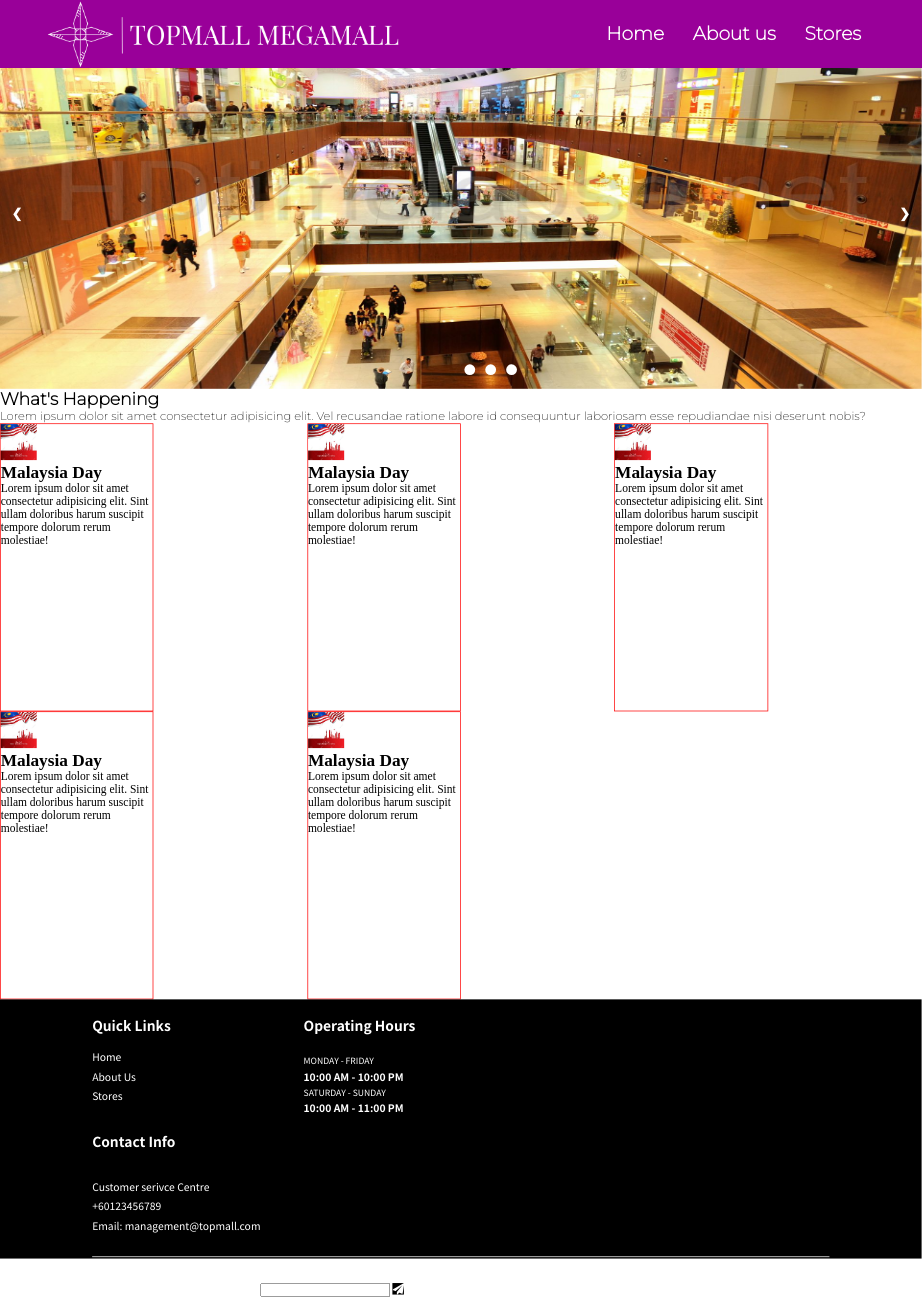
Repository: Jack0Bong/Web-Dev-Assignment
Page: index.html
The author's editor kept a copy of each file at every save. The page is drawn from the files as they stood at one save, then again after the next save.
The browser window is 1280 px wide. The pictures show the whole page, at 72% of full size.

Above is the page before, as saved 2021-09-02 01:38:23.

After the next save:
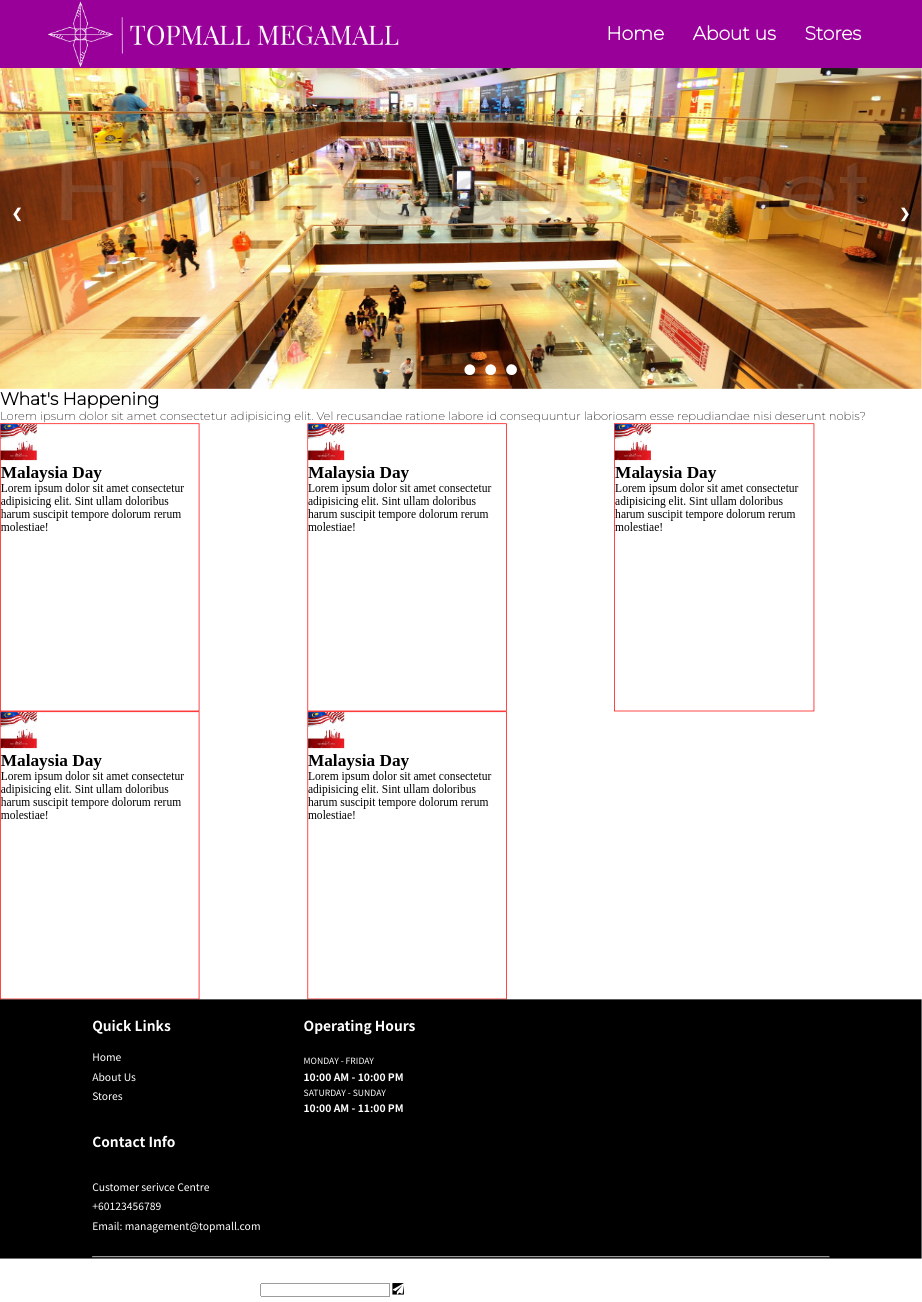
Saved 8 s later.
--- a/css/index.css
+++ b/css/index.css
@@ -94,7 +94,7 @@ to {opacity: 1}
 }
 
 .card{
-    width: 50%;
+    width: 65%;
     height: 400px;
     border: 1px solid red;
 }
